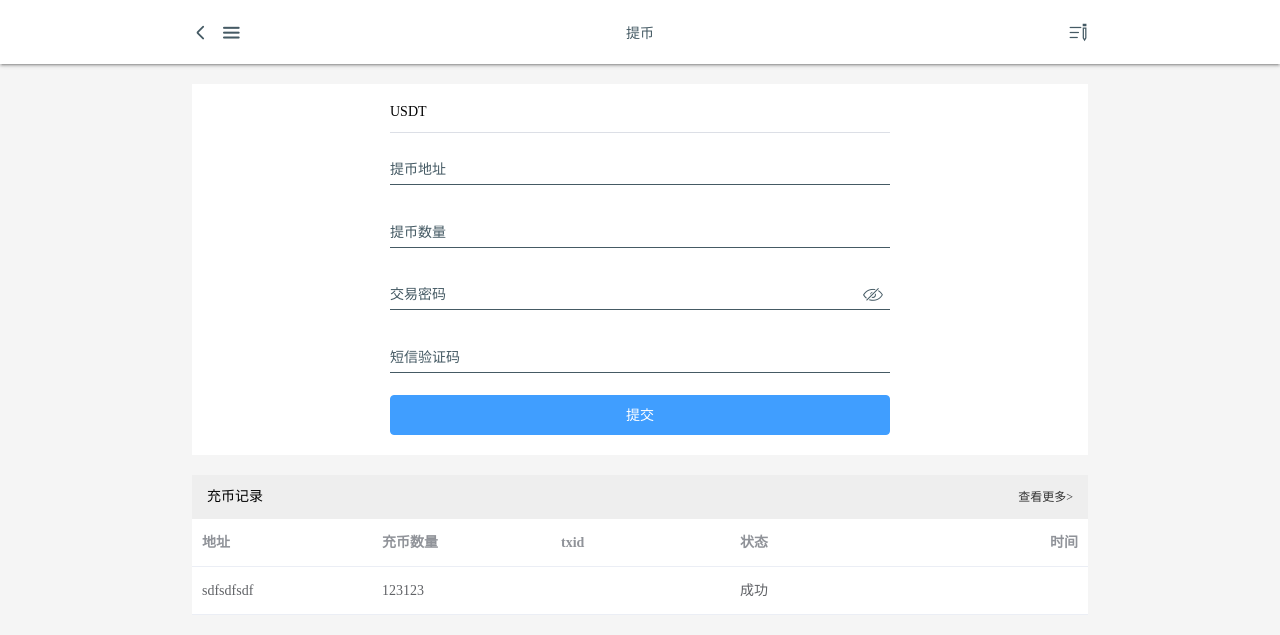
Repository: miyanshichen/ent
Page: /finance/withdraw
The author's editor kept a copy of each file at every save. The page is drawn from the files as they stood at one save, then again after a run of saves.
The browser window is 1280 px wide. The pictures show the whole page.
The project was rebuilt for these pictures with package versions that can differ from the ones it lists, and the page was loaded fresh each time. Also part of the build but not shown: vue.config.js, src/assets/font/iconfont.js.

Above is the page before, as saved 2021-01-13 17:50:34.

After the next 2 saves:
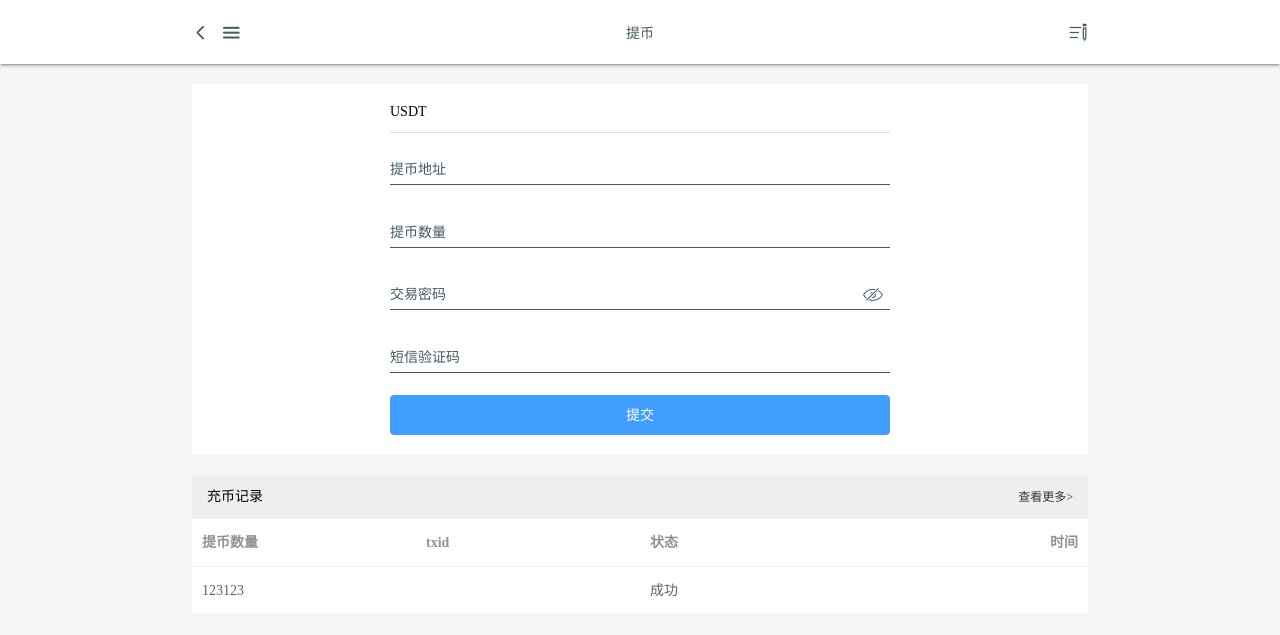
The 2 saves are shown as one change because they came seconds apart.
The last was saved 8 s later.
--- a/src/views/assets/withdraw.vue
+++ b/src/views/assets/withdraw.vue
@@ -44,11 +44,7 @@
               >
             </div>
             <el-table :data="logsData" stripe>
-              <el-table-column
-                label="地址"
-                prop="address"
-              ></el-table-column>
-              <el-table-column label="充币数量" prop="number"></el-table-column>
+              <el-table-column label="提币数量" prop="number"></el-table-column>
               <el-table-column label="txid" prop="txid"></el-table-column>
               <el-table-column label="状态" prop="statusName"></el-table-column>
               <el-table-column
